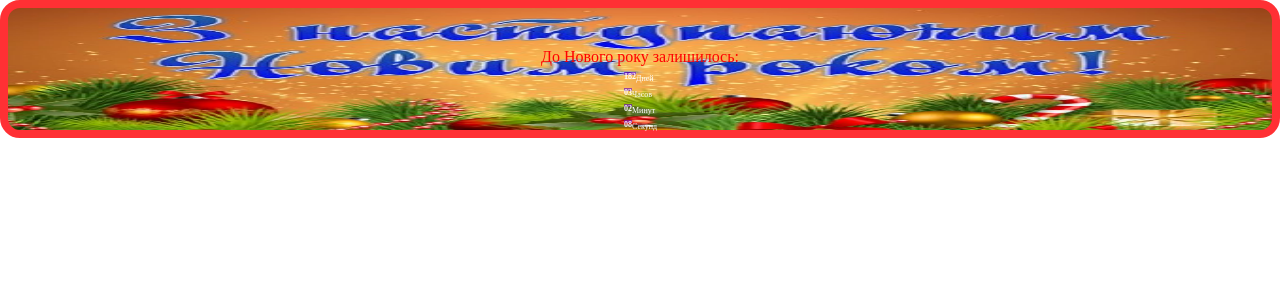
Repository: KonstantinKhamilov/JavaScript11-new-year
Page: index.html
The author's editor kept a copy of each file at every save. The page is drawn from the files as they stood at one save, then again after the next save.
The browser window is 1280 px wide. The pictures show the whole page.

Above is the page before, as saved 2024-12-29 18:57:42.

### index.html
<!DOCTYPE html>
<html lang="en">
    <head>
        <title>JavaScript11</title>

        <meta charset="utf-8">
        <meta http-equiv="X-UA-Compatible" content="IE=edge">
        <meta name="description" lang="ru" content="Стили css">
        <meta name="author" content="Константин">
        <meta name="keywords" content="Программирование, уроки JavaScript">
        <meta name="robots" content="all">
        <meta name="viewport" content="width=device-width, initial-scale=1.0">
        <link rel="stylesheet" href="newYear.css" type="text/css">
</head>

<body>
   <!--
     <h1><u>Задание 1</u></h1>
    <p>Необходимо реализовать функцию, описывающую окружность.В функции должны быть следующие компоненты:</p>
<ul type="disk">
    <li>поле, хранящее радиус окружности;</li>
    <li>get-свойство, возвращающее радиус окружности;</li>
    <li>set-свойство, устанавливающее радиус окружности;</li>
    <li>get-свойство, возвращающее диаметр окружности;</li>
    <li>метод, вычисляющий площадь окружности;</li>
    <li>метод, вычисляющий длину окружности.</li>
</ul>
       <p>Продемонстрируйте работу свойств и методов.</p>
       <p>Введите радиус окружности: </p>
       <input type="text" id="rad">
        <button onclick="showResults()">Показать результаты</button>
        <p id="output"></p>

          <h1><u>Задание 2</u></h1>
          <p>Реализуйте функцию, которая описывает css класс.функция CssClass должна содержать внутри себя:</p>
          <ul type="square">
<li>название css класса;</li>
<li>массив стилей;</li>
<li>метод для установки стиля;</li>
<li>метод для удаления стиля;</li>
<li>метод getCss(), который возвращает css код в виде строки.</li>
          </ul>

          <p>Введите название класса:</p>
    <input type="text" id="class" />
    <button onclick="showCSS()">Показать результат генерации</button>
    <p id="output1"></p>

    <p>Добавить стиль:</p>
    <input type="text" id="add-style" />
    <button onclick="addStyle()">Добавить</button>

    <p>Удалить стиль:</p>
    <input type="text" id="remove-style" />
    <button onclick="removeStyle()">Удалить</button>

  <h1><u>Задание 3</u></h1>
  <p>
    Рассчитайте, сколько дней, часов, минут и секунд осталось до Нового года. Выведите эти значения красиво,
    методом document.write() или другим с тегами -p- и
    -span- и классами для них. Стили можно записать в отдельном css-файле. Если одно из чисел будет меньше 10,
    то его нужно вывести с ведущим 0, например, так:
    Сделайте свой скрипт универсальным, задав дату следующего Нового года относительно текущей даты с помощью методов объекта Date.
  </p>
  <p>Пример вывода результата задания:</p>
<img src="D:\Full Stack\Модуль\JavaScript\JavaScript11\Безымянный1.png" alt="time">
-->
<div class="box">
  <ol>
    <li class="text">До Нового року залишилось:</li>
    <li class="count">

<ol class="time">
  <li class="timer"><h2 id="day">00</h2><p>Дней</p></li>
  <li class="timer"><h2 id="hrs">00</h2><p>Часов</p></li>
  <li class="timer"><h2 id="min">00</h2><p>Минут</p></li>
  <li class="timer"><h2 id="sec">00</h2><p>Секунд</p></li>
</ol>
    </li>
  </ol>
</div>

    <script>
/*
        //1
function Circle(radius) {
  // Сохранение значения радиуса в свойстве объекта
  this.radius = radius;
  // Определение get-свойства для получения значения радиуса
  Object.defineProperty(this, 'radius', {
    get: function() {
      // Возвращение значения радиуса
      return radius;
    },
    // Определение set-свойства для установки значения радиуса
    set: function(value) {
      // Проверка на корректность значения радиуса
      if (value <= 0) throw new Error('Invalid radius');
      // Установка нового значения радиуса
      radius = value;
    }
  });

  // Определение get-свойства для получения значения диаметра окружности
  Object.defineProperty(this, 'diameter', {
    get: function() {
      // Возвращение значения диаметра, равного удвоенному радиусу
      return 2 * radius;
    }
  });

  // Определение метода для вычисления площади окружности
  this.area = function() {
    // Возвращение площади окружности, вычисленной как произведение числа Пи на квадрат радиуса
    return Math.PI * Math.pow(radius, 2);
  }

  // Определение метода для вычисления длины окружности
  this.circumference = function() {
    // Возвращение длины окружности, вычисленной как произведение числа Пи на удвоенный радиус
    return 2 * Math.PI * radius;
  }
}

function showResults() {
    let input = document.getElementById("rad").value;
    let circle = new Circle(input);
    let output = 'Радиус: ' + circle.radius + '<br>';
    output += 'Диаметр: ' + circle.diameter + '<br>';
    output += 'Площадь: ' + circle.area() + '<br>';
    output += 'Длинна окружности: ' + circle.circumference();
    document.getElementById("output").innerHTML = output;
  }

  //2

      // Определение функции CssClass, которая принимает название CSS класса в качестве аргумента
      function CssClass(className) {
        // Сохранение значения названия CSS класса в свойстве объекта
        this.className = className;
        // Создание пустого массива для хранения стилей CSS класса
        this.styles = [];

        // Определение метода setStyle для добавления нового стиля в массив стилей
        this.setStyle = function(style) {
          // Добавление нового стиля в конец массива стилей
          this.styles.push(style);
        }

        // Определение метода removeStyle для удаления существующего стиля из массива стилей
        this.removeStyle = function(style) {
          // Поиск индекса указанного стиля в массиве стилей
          let index = this.styles.indexOf(style);
          // Если стиль найден в массиве
          if (index !== -1) {
            // Удаление стиля из массива по найденному индексу
            this.styles.splice(index, 1);
          }
        }

        // Определение метода getCss для генерации CSS кода класса в виде строки
        this.getCss = function() {
          // Создание строки с селектором CSS класса и открывающей скобкой
          let cssString = '.' + this.className + ' {\n';
          // Цикл по всем стилям в массиве стилей
          for (let i = 0; i < this.styles.length; i++) {
            // Добавление очередного стиля в строку с отступом и точкой с запятой
            cssString += '  ' + this.styles[i] + ';\n';
          }
          // Добавление закрывающей скобки в конец строки
          cssString += '}';
          // Возвращение сгенерированной строки с CSS кодом класса
          return cssString;
        }
      }
      let myClass;

      function showCSS() {
        // Получение значения из элемента input с id 'class'
        let className = document.getElementById('class').value;
        // Создание нового объекта CssClass с названием класса из элемента input
        myClass = new CssClass(className);
        // Добавление стиля 'color: red' в массив стилей класса
        myClass.setStyle('color: red');
        // Добавление стиля 'font-size: 16px' в массив стилей класса
        myClass.setStyle('font-size: 16px');
        // Вывод сгенерированного CSS кода класса в элемент p с id 'output'
        document.getElementById('output1').innerHTML = myClass.getCss();
      }

      function addStyle() {
        if (!myClass) {
          alert('Сначала нажмите кнопку "Показать результат генерации"');
          return;
        }
        // Получение значения из элемента input с id 'add-style'
        let style = document.getElementById('add-style').value;
        // Добавление стиля в массив стилей класса
        myClass.setStyle(style);
        // Вывод обновленного CSS кода класса в элемент p с id 'output'
        document.getElementById('output1').innerHTML = myClass.getCss();
      }

      function removeStyle() {
        if (!myClass) {
          alert('Сначала нажмите кнопку "Показать результат генерации"');
          return;
        }
        // Получение значения из элемента input с id 'remove-style'
        let style = document.getElementById('remove-style').value;
        // Удаление стиля из массива стилей класса
        myClass.removeStyle(style);
        // Вывод обновленного CSS кода класса в элемент p с id 'output'
        document.getElementById('output1').innerHTML = myClass.getCss();
      }
      */

//3
const day = document.getElementById('day');
const hrs = document.getElementById('hrs');
const min = document.getElementById('min');
const sec = document.getElementById('sec');
const currentYear = new Date().getFullYear();

const newYear = new Date (`1 Jan ${currentYear + 1} 00:00:00`);

function countdownDate(){
const today = Date.now()
const gap = newYear - today;
let d = Math.floor(gap/1000/60/60/24);
let h = Math.floor((gap/1000/60/60)%24);
let m = Math.floor((gap/1000/60)%60);
let s = Math.floor((gap/1000)%60);

day.innerHTML = d<10 ? '0' + d : d;
hrs.innerHTML = h<10 ? '0' + h : h;
min.innerHTML = m<10 ? '0' + m : m;
sec.innerHTML = s<10 ? '0' + s : s;
}
setInterval(countdownDate,1000);
    </script>
</body>
</html>

### newYear.css
body {
  margin: 0;
  padding: 0;
}

@media screen and (min-width: 320px) {
  .box {
    display: flex;
    flex-direction: column;
    justify-content: center;
    background-image: url("z_nastupauschim_ng_4.jpg");
    background-repeat: no-repeat;
    background-size: 100% 100%;
    border: solid 8px;
    border-radius: 20px;
    border-color: rgb(255, 48, 52);
  }

  ol {
    list-style-type: none;
    margin: auto;
    padding: 0px;
  }

  .text {
    color: rgb(255, 0, 0);
    font-family: cursive;
    font-size: 1em;
    text-align: center;
    padding-top: 20%;
  }

  .count {
    display: flex;
    flex-direction: row;
    justify-content: space-around;
    width: 100%;
  }

  .timer {
    display: flex;
    flex-direction: row;
    text-align: center;
    width: 2em;
    height: 1em;
  }

  h2 {
    color: white;
    font-size: 1em;
  }

  .timer > p,
  .timer > #day,
  .timer > #hrs,
  .timer > #min,
  .timer > #sec {
    color: white;
    background-color: rgb(102, 2, 196, 0.62);
    font-size: 0.5em;
    text-align: center;
  }
}

After the next save:
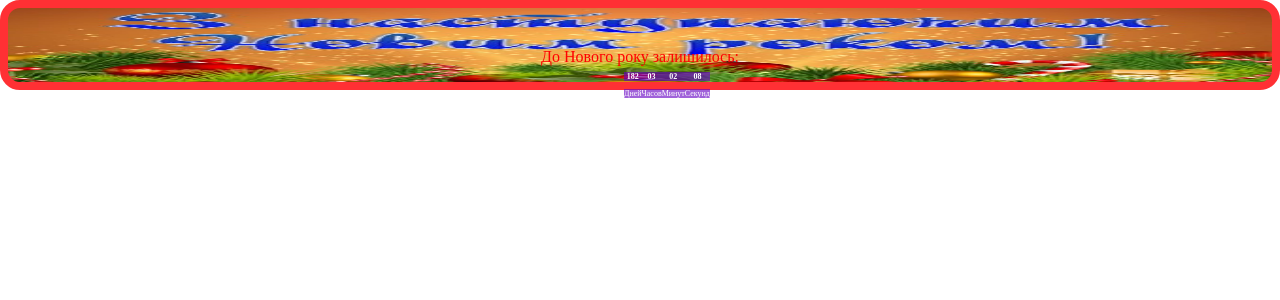
Saved 5 s later.
--- a/newYear.css
+++ b/newYear.css
@@ -37,7 +37,7 @@ body {
     width: 100%;
   }
 
-  .timer {
+  .time {
     display: flex;
     flex-direction: row;
     text-align: center;
